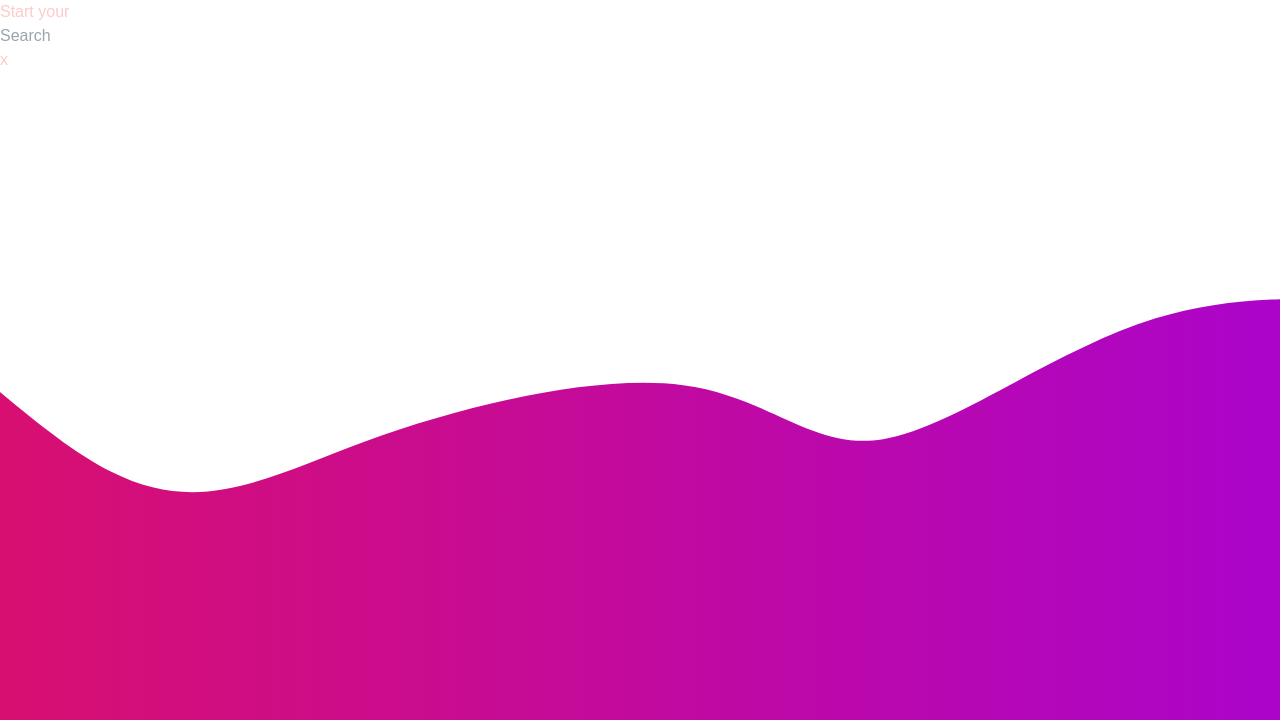
Repository: evergreenx/dictionary-octo
Page: /
The author's editor kept a copy of each file at every save. The page is drawn from the files as they stood at one save, then again after a run of saves.
The browser window is 1280 px wide. The pictures show the whole page.
The project was rebuilt for these pictures with package versions that can differ from the ones it lists, and the page was loaded fresh each time. The framework's server and built-in components were replaced by stand-ins that run in the browser. Also part of the build but not shown: next.config.js.

Above is the page before, as saved 2022-04-30 14:46:01.

### pages/index.js
import Head from "next/head";
import Image from "next/image";
import bgimage from "../public/bg.svg";

export default function Home() {
  return (
    <div >
      <Head>
        <title>Create Next App</title>
        <meta name="description" content="Generated by create next app" />
        <link rel="icon" href="/favicon.ico" />
      </Head>

      <main className="text-red-200">

        <div className="input--container">

          <h1>
            Start your
          </h1>

          <input className="input--text" type="text" placeholder="Search" />



        </div>



x      </main>
    </div>
  );
}

### styles/globals.css
@tailwind base;
@tailwind components;
@tailwind utilities;

@import url("https://fonts.googleapis.com/css2?family=Quicksand&display=swap");


body {
  padding: 0;
  margin: 0;
  font-family: "Quicksand", sans-serif;
  background-image: url("../public/bg.svg");
  background-repeat: no-repeat;
  background-size: cover;
  background-position: bottom;
  height: 100vh;
}

a {
  color: inherit;
  text-decoration: none;
}

* {
  box-sizing: border-box;
}

Loaded but not shown: pages/_app.js (common file); tailwind.config.js (common file)

After the next 3 saves:
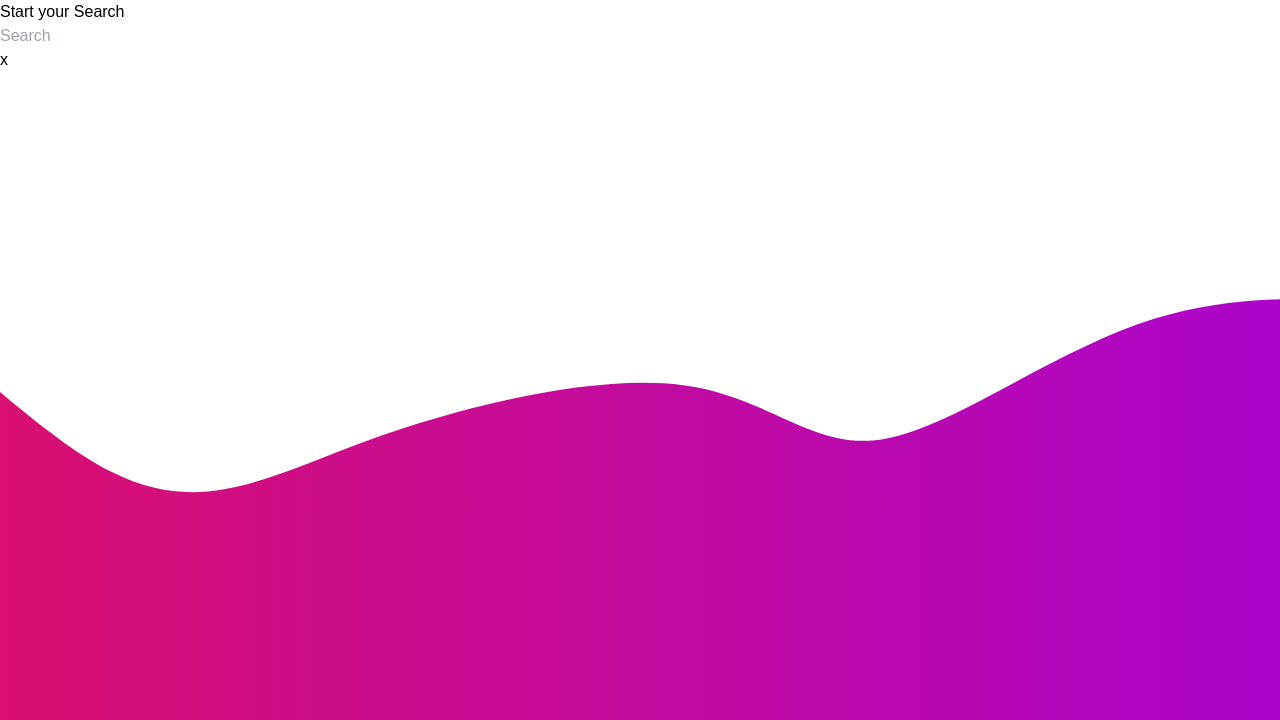
The 3 saves are shown as one change because they came seconds apart.
The last was saved 11 s later.
--- a/pages/index.js
+++ b/pages/index.js
@@ -11,12 +11,12 @@ export default function Home() {
         <link rel="icon" href="/favicon.ico" />
       </Head>
 
-      <main className="text-red-200">
+      <main className="">
 
         <div className="input--container">
 
           <h1>
-            Start your
+            Start your Search
           </h1>
 
           <input className="input--text" type="text" placeholder="Search" />
